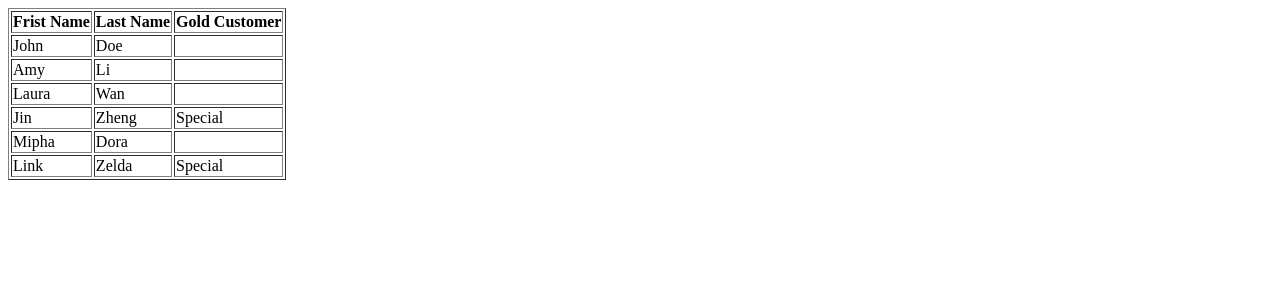
Repository: xiaoliu-lucy/JSP
Page: http://localhost/tagdemo/choose-student-table.jsp
An editor plug-in stored every save of this project. The page is shown before and after a run of saves, followed by the edit.
The browser window is 1280 px wide. The pictures show the whole page.
The page is served by Tomcat 9.

Above is the page before, as saved 2017-08-14 07:27:25.

### tagdemo/tagdemo/WebContent/choose-student-table.jsp
<%@ taglib uri="http://java.sun.com/jsp/jstl/core" prefix="c" %>

<%@ page import="java.util.*,tagdemo.jsp.Student" %>

<%
	// Sample data
	List<Student> data = new ArrayList<>();
	data.add(new Student("John","Doe", false));
	data.add(new Student("Amy","Li", false));
	data.add(new Student("Laura","Wan", false));
	data.add(new Student("Jin","Zheng", true));
	data.add(new Student("Mipha","Dora", false));
	data.add(new Student("Link","Zelda", true));
	pageContext.setAttribute("studentList", data);

%>

<html>
<body>
	<table border="1">
	<tr>
		<th>Frist Name</th>
		<th>Last Name</th>
		<th>Gold Customer</th>
	</tr>
	<c:forEach var="tempStudent" items="${studentList}">
		<tr>
			<td>${tempStudent.firstName}</td>
			<td>${tempStudent.lastName}</td>
			<td>
				<c:choose>
				<c:when test = "${tempStudent.goldCustomer}">Special</c:when>
				</c:choose>
			</td>
		</tr>

	</c:forEach>
	</table>
</body>
</html>

### tagdemo/tagdemo/src/tagdemo/jsp/Student.java
package tagdemo.jsp;

public class Student {
	private String firstName;
	private String lastName;
	private boolean goldCustomer;


	public Student(String firstName, String lastName, boolean goldCustomer) {
		super();
		this.firstName = firstName;
		this.lastName = lastName;
		this.goldCustomer = goldCustomer;
	}

	public String getFirstName() {
		return firstName;
	}
	public void setFirstName(String firstName) {
		this.firstName = firstName;
	}
	public String getLastName() {
		return lastName;
	}
	public void setLastName(String lastName) {
		this.lastName = lastName;
	}
	public boolean isGoldCustomer() {
		return goldCustomer;
	}
	public void setGoldCustomer(boolean goldCustomer) {
		this.goldCustomer = goldCustomer;
	}


}

After the next 3 saves:
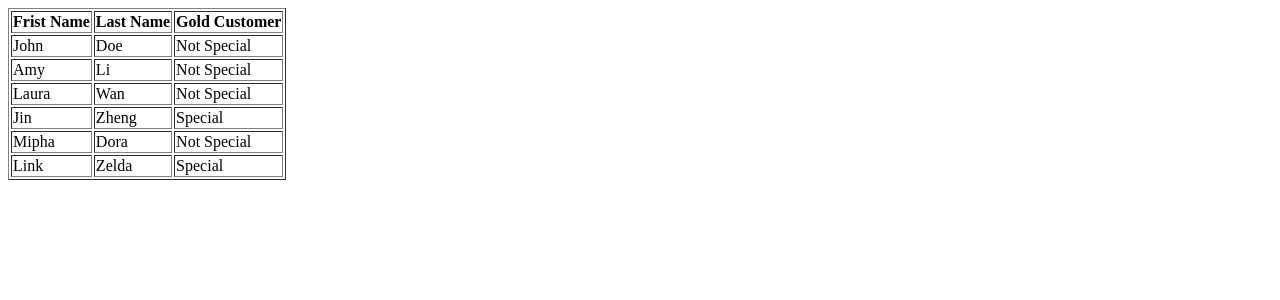
The 3 saves are shown as one change because 2 did not build or start.
The last was saved 8 min 7 s later.
--- a/tagdemo/tagdemo/WebContent/choose-student-table.jsp
+++ b/tagdemo/tagdemo/WebContent/choose-student-table.jsp
@@ -30,6 +30,7 @@
 			<td>
 				<c:choose>
 				<c:when test = "${tempStudent.goldCustomer}">Special</c:when>
+				<c:otherwise>Not Special</c:otherwise>
 				</c:choose>
 			</td>
 		</tr>
